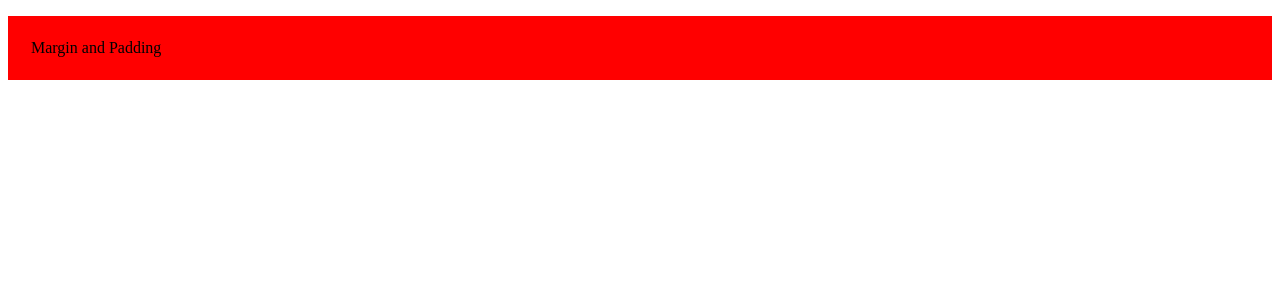
Repository: ntu34543/cut-landing-page-Figma
Page: home.html
These files come from the project's save history. The page is drawn as it stood at one moment and after the next save; the edit follows.
The browser window is 1280 px wide. The pictures show the whole page.

Above is the page before, as saved 2022-09-12 22:33:09.

After the next save:
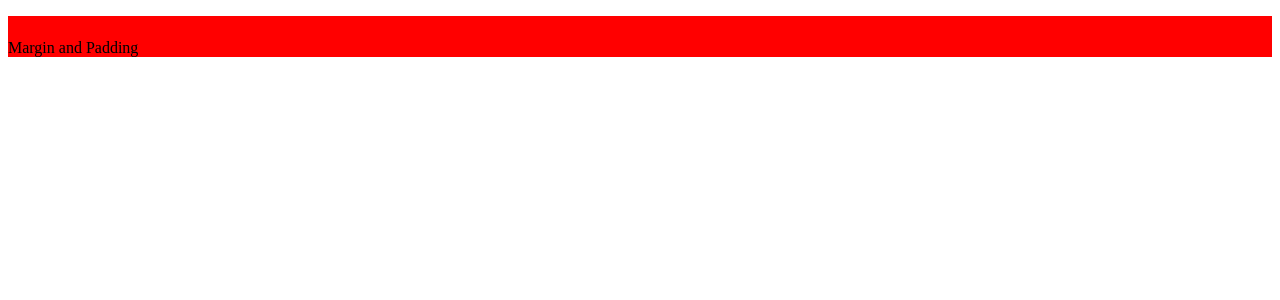
Saved 78 s later.
--- a/home.html
+++ b/home.html
@@ -179,7 +179,7 @@
         }
 
         .dessss{
-            padding: 23px;
+            padding-top: 23px;
             /* margin: 23px; */
             background-color: red;
         }
